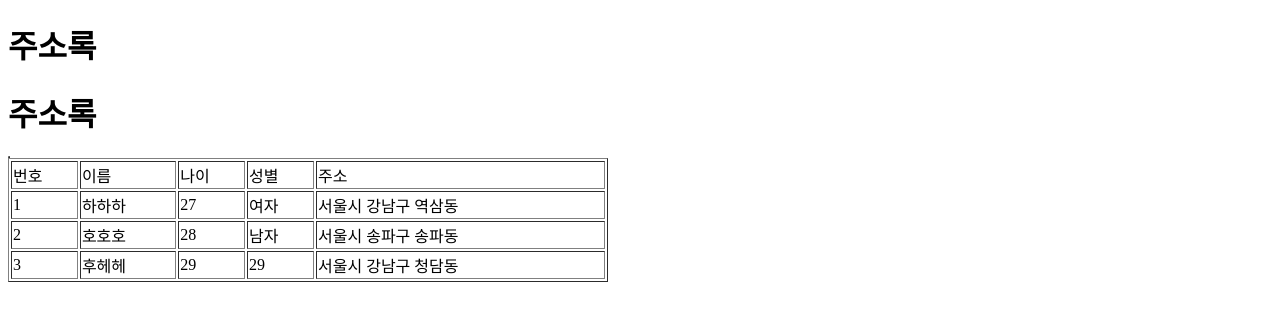
Repository: seula123/Front-End
Page: ClientTest/src/main/webapp/html/ex16_table.html
An editor plug-in stored every save of this project. The page is shown before and after the next save, followed by the edit.
The browser window is 1280 px wide. The pictures show the whole page.

Above is the page before, as saved 2023-09-21 01:02:20.

After the next save:
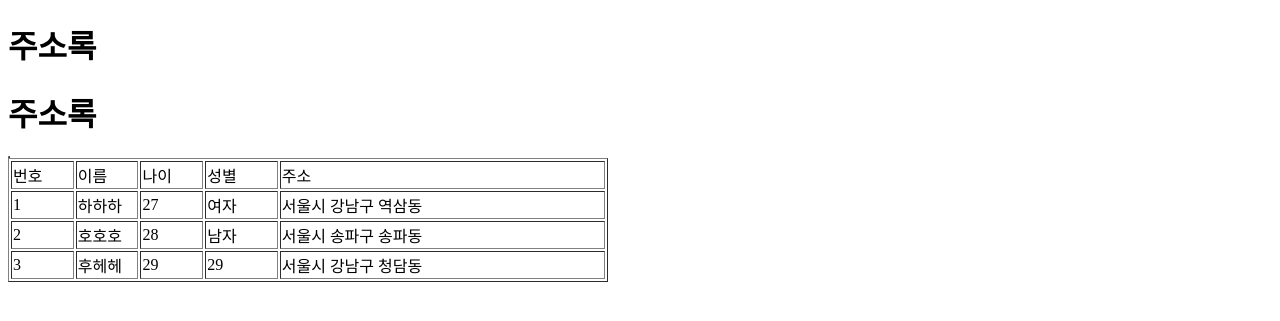
Saved 69 s later.
--- a/ClientTest/src/main/webapp/html/ex16_table.html
+++ b/ClientTest/src/main/webapp/html/ex16_table.html
@@ -26,11 +26,11 @@
 		<table border = "1" width ="600">
 		<!--  테이블 헤더 -->
 		<tr>
-			<td> 번호 </td>
-			<td> 이름 </td>
-			<td> 나이 </td>
-			<td> 성별 </td>
-			<td> 주소 </td>
+			<td width ="60"> 번호 </td>
+			<td width ="60"> 이름 </td>
+			<td width ="60"> 나이 </td>
+			<td width ="70"> 성별 </td>
+			<td width ="330"> 주소 </td>
 		</tr>
 
 
